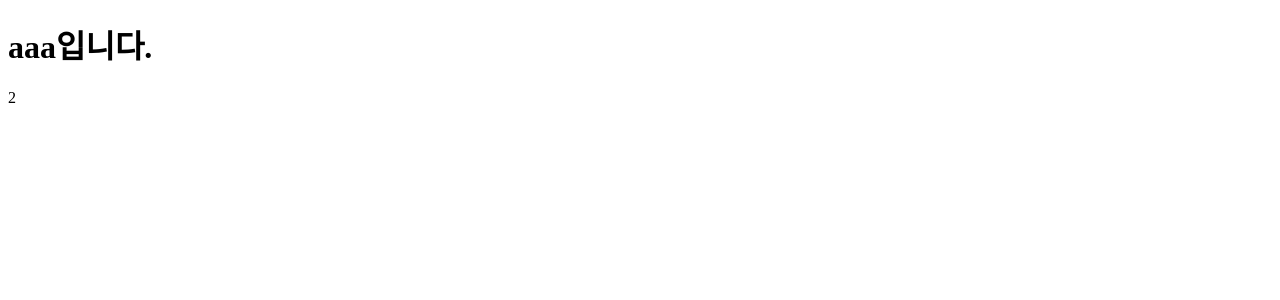
Repository: hjh5217/newJSP
Page: http://localhost/jspProj/err/aaa.jsp
These files come from the project's save history. The page is drawn as it stood at one moment and after the next save; the edit follows.
The browser window is 1280 px wide. The pictures show the whole page.
The page is served by Tomcat 9. Nobody is signed in. The application's start-up code is not run.

Above is the page before, as saved 2023-07-26 01:04:49.

After the next save:
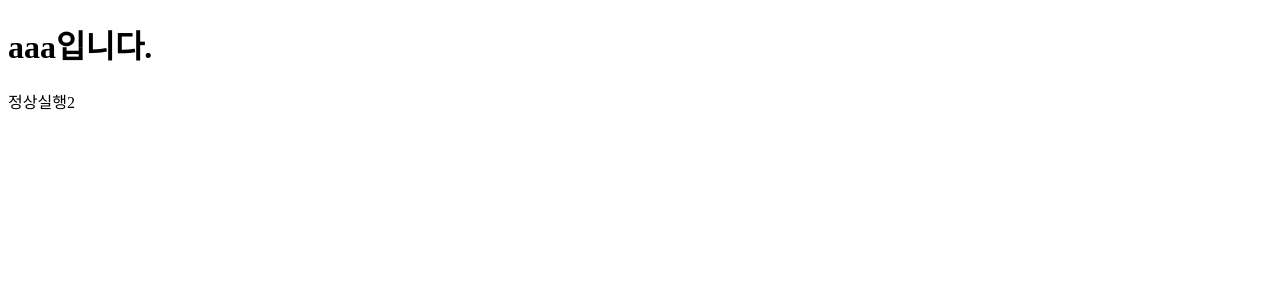
Saved 8 s later.
--- a/jspProj/src/main/webapp/err/aaa.jsp
+++ b/jspProj/src/main/webapp/err/aaa.jsp
@@ -11,6 +11,6 @@
 <%
 	int a = 10/5;
 %>
-<%=a %>
+<%="정상실행"+a %>
 </body>
 </html>
